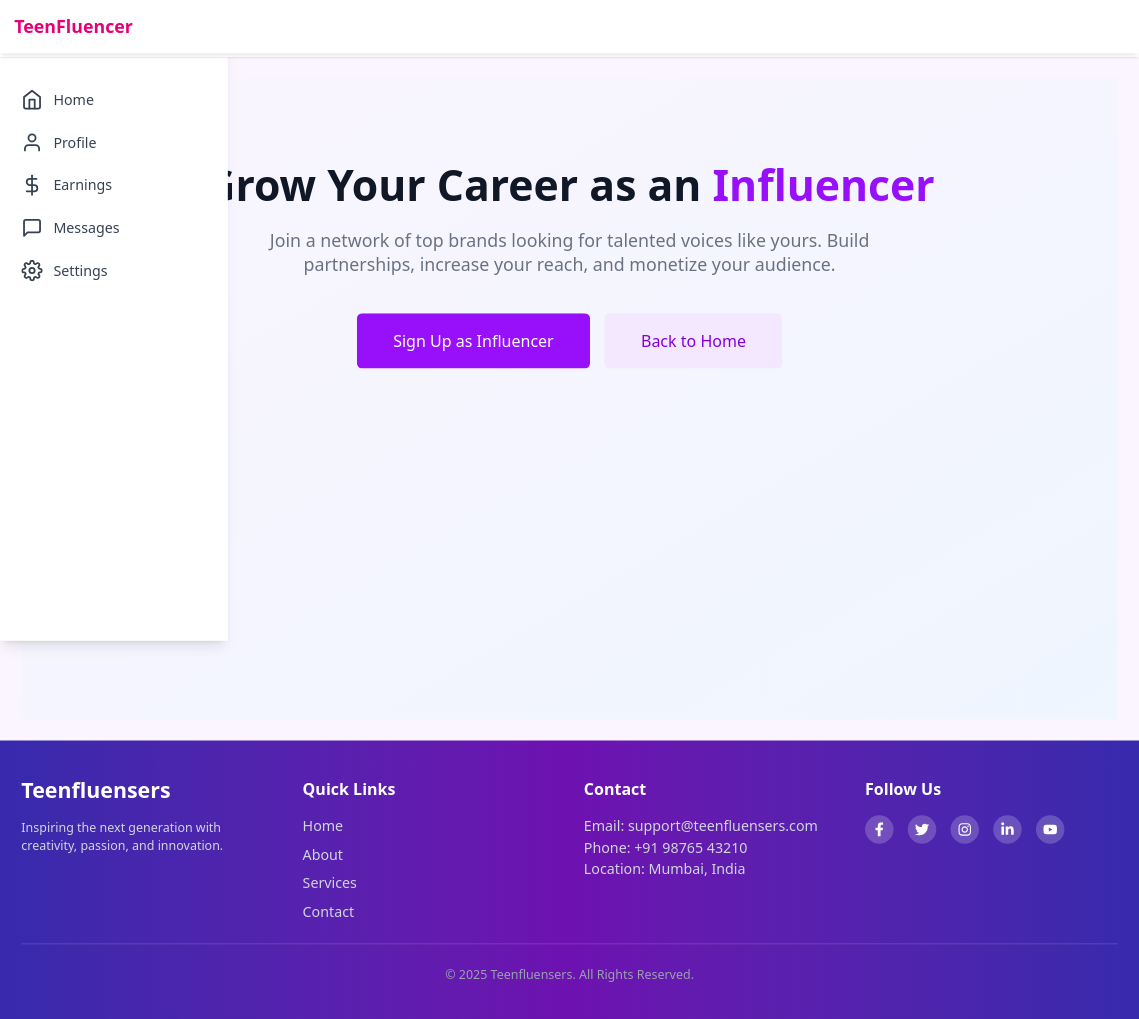
Repository: dhanbyte/teenfluencer
Page: /influencerhome
These files come from the project's save history. The page is drawn as it stood at one moment and after the next save; the edit follows.
The browser window is 1280 px wide. The pictures show the whole page, at 89% of full size.
The page's requests for data from a server got no answer. The project was rebuilt for these pictures with package versions that can differ from the ones it lists, and the page was loaded fresh each time. Some packages were replaced by stand-ins written for this rebuild. The framework's server and built-in components were replaced by stand-ins that run in the browser. No one was signed in, and anything a server would have sent is missing. Also part of the build but not shown: next.config.ts.

Above is the page before, as saved 2025-08-13 00:24:57.

After the next save:
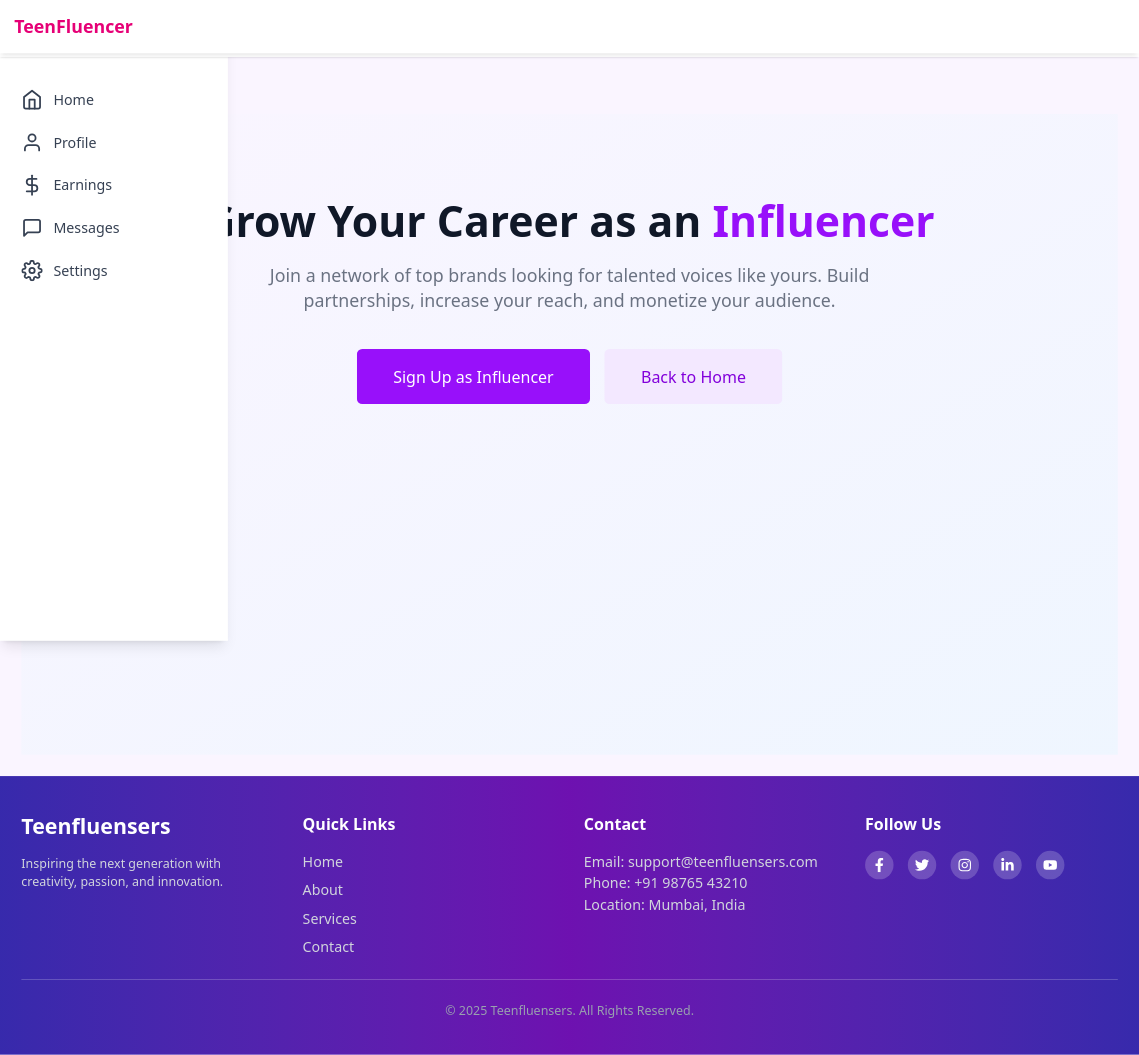
Saved 117 s later.
--- a/app/(influencer)/layout.tsx
+++ b/app/(influencer)/layout.tsx
@@ -1,20 +1,19 @@
-
-// app/influencer/layout.tsx
 import React from "react";
 import { ClerkProvider } from "@clerk/nextjs";
 import "../(public)/globals.css";
 import InfluencerNavbar from "@/Components/(Infuencer)/influencerNavbar";
+
 export default function InfluencerLayout({ children }: { children: React.ReactNode }) {
   return (
-    <html lang="en">
-
-      <body className="min-h-screen flex flex-col bg-purple-50">
-
-        <main className="flex-1 p-6"> <ClerkProvider>
+    <ClerkProvider>
+      <html lang="en">
+        <body className="min-h-screen flex flex-col bg-purple-50">
           <InfluencerNavbar />
-          {children}
-          </ClerkProvider></main>
-      </body>
-    </html>
+          <main className="flex-1 pt-16 p-6"> {/* Added pt-16 to account for fixed navbar height */}
+            {children}
+          </main>
+        </body>
+      </html>
+    </ClerkProvider>
   );
 }
